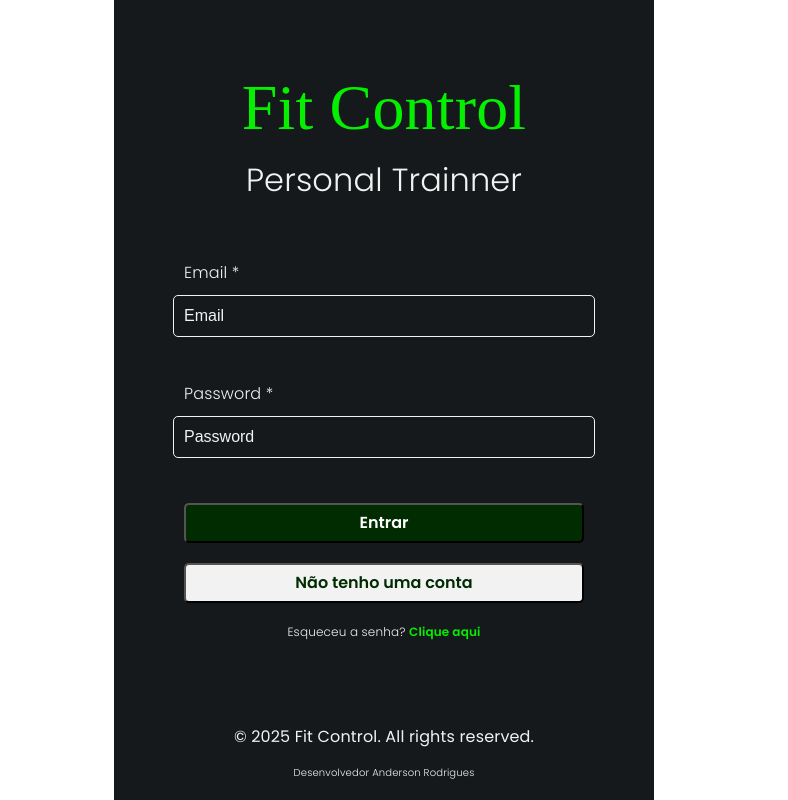
Repository: fit-control/frontend-fit-control
Page: /
The author's editor kept a copy of each file at every save. The page is drawn from the files as they stood at one save, then again after the next save.
The browser window is 768 px wide. The page is 768 px wide, then 788 px, so the pictures cover 788 px, including what lies to the right of the window. The pictures show the whole page.
Some web fonts or font styles are not loaded; a fallback is used. The project was rebuilt for these pictures with package versions that can differ from the ones it lists, and the page was loaded fresh each time. The framework's server and built-in components were replaced by stand-ins that run in the browser. Also part of the build but not shown: next.config.js, vite.config.ts.

Above is the page before, as saved 2025-01-18 23:12:45.

### src/app/layout.tsx
/* eslint-disable @next/next/no-img-element */
import "./globals.css";
import Home from "./page";
export default function RootLayout({
  // children,
}: Readonly<{
  children: React.ReactNode;
}>) {
  return (
    <html lang="en">
      <body>
          <Home />
      </body>
    </html>
  );
}

### src/app/page.tsx
import ContainerCenterLogin from "./components/containerCenterLogin";

export default function Home() {
  return (
    <div className="items-center justify-items-center min-h-screen flex">
      <ContainerCenterLogin />
    </div>
  );
}

### src/app/globals.css
@import url('https://fonts.googleapis.com/css2?family=Alike+Angular&family=Platypi:ital,wght@0,300..800;1,300..800&family=Poppins:ital,wght@0,100;0,200;0,300;0,400;0,500;0,600;0,700;0,800;0,900;1,100;1,200;1,300;1,400;1,500;1,600;1,700;1,800;1,900&display=swap');
@import url('https://fonts.googleapis.com/css2?family=Aguafina+Script&family=Alike+Angular&family=Platypi:ital,wght@0,300..800;1,300..800&family=Poppins:ital,wght@0,100;0,200;0,300;0,400;0,500;0,600;0,700;0,800;0,900;1,100;1,200;1,300;1,400;1,500;1,600;1,700;1,800;1,900&display=swap');
/* @tailwind base;
@tailwind components;
@tailwind utilities; */

/* :root {
  --background: #ffffff;
  --foreground: #171717;
}

@media (prefers-color-scheme: light) {
  :root {
    --background: #0a0a0a;
    --foreground: #ededed;
  }
} */

body {
  padding: 0;
  margin: 0;
  font-family: Poppins, sans-serif;
  font-size: 16px;
  line-height: 1.5;
  font-weight: 400;
  letter-spacing: 0.01em;
  display: flex;
  justify-content: center;
  align-items: center;

  .iconPageLeft {
    position: absolute;
    left: 0;
    bottom: 0;
    max-width: 400px;
    max-height: 400px;

    @media (max-width: 1480px) {
      max-width: 300px;
      max-height: 300px;
    }
    @media (max-width: 1280px) {
      max-width: 200px;
      max-height: 200px;
    }
    @media (max-width: 900px) {
      display: none;
    }
  }
  .iconPageRight {
    position: absolute;
    right: 0;
    bottom: 0;
    max-width: 400px;
    max-height: 400px;

    @media (max-width: 1480px) {
      max-width: 300px;
      max-height: 300px;
    }

    @media (max-width: 1280px) {
      max-width: 200px;
      max-height: 200px;
    }
    @media (max-width: 900px) {
      display: none;
    }
  }

  .containerLogin {
    min-width: 650px;
    min-height: calc(100vh - 40px);
    display: flex;
    flex-direction: column;
    justify-content: space-between;
    padding: 20px;
    align-items: center;
    background-color: #16191B;

    @media (max-width: 1080px) {
      min-width: 550px;
    }
    @media (max-width: 980px) {
      min-width: 500px;
    }
    @media (max-width: 930px) {
      max-width: 100vw;
    }
    .divTitle {
      margin-top: 40px;
      display: flex;
      flex-direction: column;
      align-items: center;
      justify-content: center;

      h1 {
        margin: 0;
        color: #04F000;
        font-family: 'Aguafina Script', cursive;
        font-size: 4rem;
        font-weight: 400;
      }
      h3 {
        margin: 0;
        color: #F2F2F2;
        font-family: 'Poppins', sans-serif;
        font-size: 2rem;
        font-weight: 300;
      }
    }
    p {
      color: #F2F2F2;
    }
    footer {
      display: flex;
      flex-direction: column;
      align-items: center;
      justify-content: center;

      .assignDeveloper {
        margin: 0%;
        color: #F2F2F2;
        font-size: 10px;
        font-weight: 300;
      }
    }

    .centerCard {
      display: flex;
      flex-direction: column;
      align-items: center;
      justify-content: center;
      gap: 10px;
      width: -webkit-fill-available;

      input {
        width: 80%;
        height: 40px;
        border: 1px solid #F2F2F2;
        border-radius: 5px;
        padding: 0 10px;
        background-color: #16191B;
        color: #F2F2F2;
        font-size: 16px;
        font-weight: 300;
        outline: none;
        margin-bottom: 35px;
        transition: all 0.3s ease;
        &::placeholder {
          color: #F2F2F2;
          font-size: 16px;
          font-weight: 300;
        }
        &:focus {
          border-color: #04F000;
        }
      }
      label {
        color: #F2F2F2;
        font-size: 16px;
        font-weight: 300;
        display: flex;
        justify-content: flex-start;
        width: 80%;
      }
      button {
        width: 80%;
        height: 40px;
        border-radius: 5px;
        padding: 0 10px;
        background-color: #012B00;
        color: #FFFFFF;
        font-family: 'Poppins', sans-serif;
        font-size: 16px;
        font-weight: 600;
        outline: none;
        transition: all 0.3s ease;
      }
      button:hover {
        background-color: #F2F2F2;
        color: #16191B;
        cursor: pointer;
      }
      button:active {
        background-color: #04F000;
        color: #16191B;
        cursor: pointer;
        opacity: 0.5;
      }
      button:disabled {
        background-color: #F2F2F2;
        color: #16191B;
        cursor: not-allowed;
        opacity: 0.5;
      }
      button:focus {
        outline: none;
      }
      button:focus-visible {
        outline: 1px solid #F2F2F2;
      }
      .registerButton {
        background-color: #F2F2F2;
        color: #012B00;
        font-family: 'Poppins', sans-serif;
        font-size: 16px;
        font-weight: 600;
        outline: none;
        transition: all 0.3s ease;
        margin-top: 10px;

      }
      .registerButton:hover {
        background-color: #012B00;
        text-decoration: underline;
        color: #F2F2F2;
        cursor: pointer;
        transition: all 0.4s ease-in-out;
      }
      .registerLink {
        color: #04F000;
        font-weight: 600;
      }
      .forgotPassword {
        margin-top: 10px;
        font-size: 12px;
        font-weight: 300;
      }
      .registerLink {
        color: #04F000;
        font-weight: 600;
        text-decoration: none;
      }
      .registerLink:hover {
        text-decoration: underline;
      }
    }
  }
}

### src/app/components/containerCenterLogin.tsx
/* eslint-disable react/no-unescaped-entities */
/* eslint-disable @next/next/no-img-element */
const ContainerCenterLogin = () => {
  return (
    <div><img src="/trello-right.e6e102c7 (1).svg" alt="iconPageLeft" className="iconPageLeft" />
        <main className="containerLogin">
        <div className="divTitle">
          <h1 className="title">Fit Control</h1>
          <h3 className="subtitle">Personal Trainner</h3>
        </div>
        <div className="centerCard">
          <label htmlFor="email">Email *</label>
          <input type="text" placeholder="Email" />
          <label htmlFor="password">Password *</label>
          <input type="password" placeholder="Password" />
          <button>Entrar</button>
          <button className="registerButton">Não tenho uma conta</button>
          <p className="forgotPassword">Esqueceu a senha? <a href="/register" className="registerLink">Clique aqui</a></p>
        </div>
        <footer className="">
          <p className="">
            &copy; {new Date().getFullYear()} Fit Control. All rights reserved.
          </p>
          <p className="assignDeveloper">Desenvolvedor Anderson Rodrigues</p>
        </footer>
      </main>
      <img src="/trello-left.4f52d13c (1).svg" alt="iconPageRight" className="iconPageRight" />
    </div>
  );
};

export default ContainerCenterLogin;

Loaded but not shown: tailwind.config.js (common file)

After the next save:
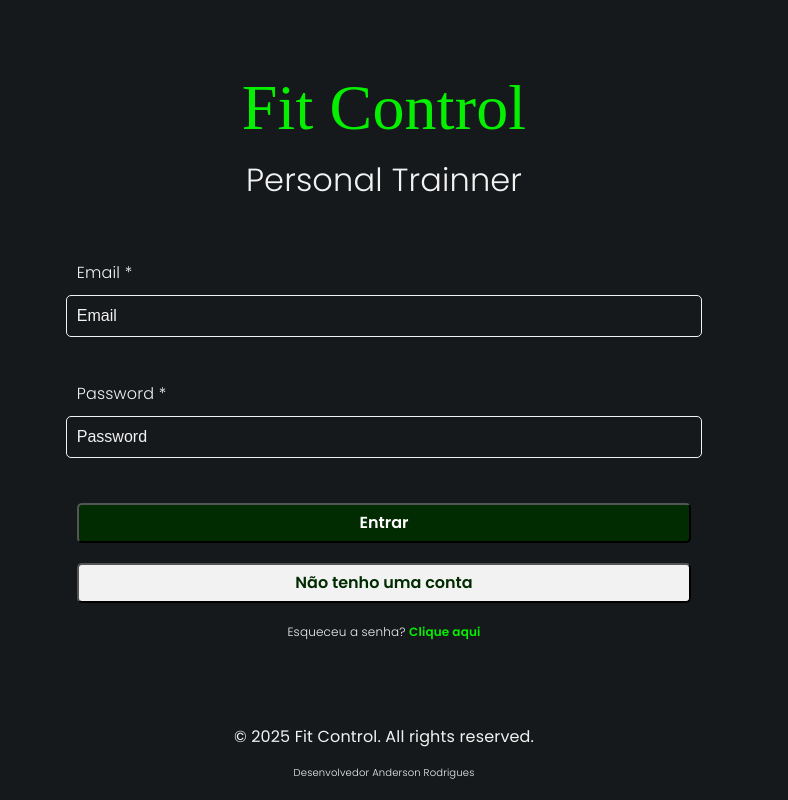
Saved 29 s later.
--- a/src/app/globals.css
+++ b/src/app/globals.css
@@ -85,7 +85,7 @@ body {
       min-width: 500px;
     }
     @media (max-width: 930px) {
-      max-width: 100vw;
+      min-width: 100vw;
     }
     .divTitle {
       margin-top: 40px;
